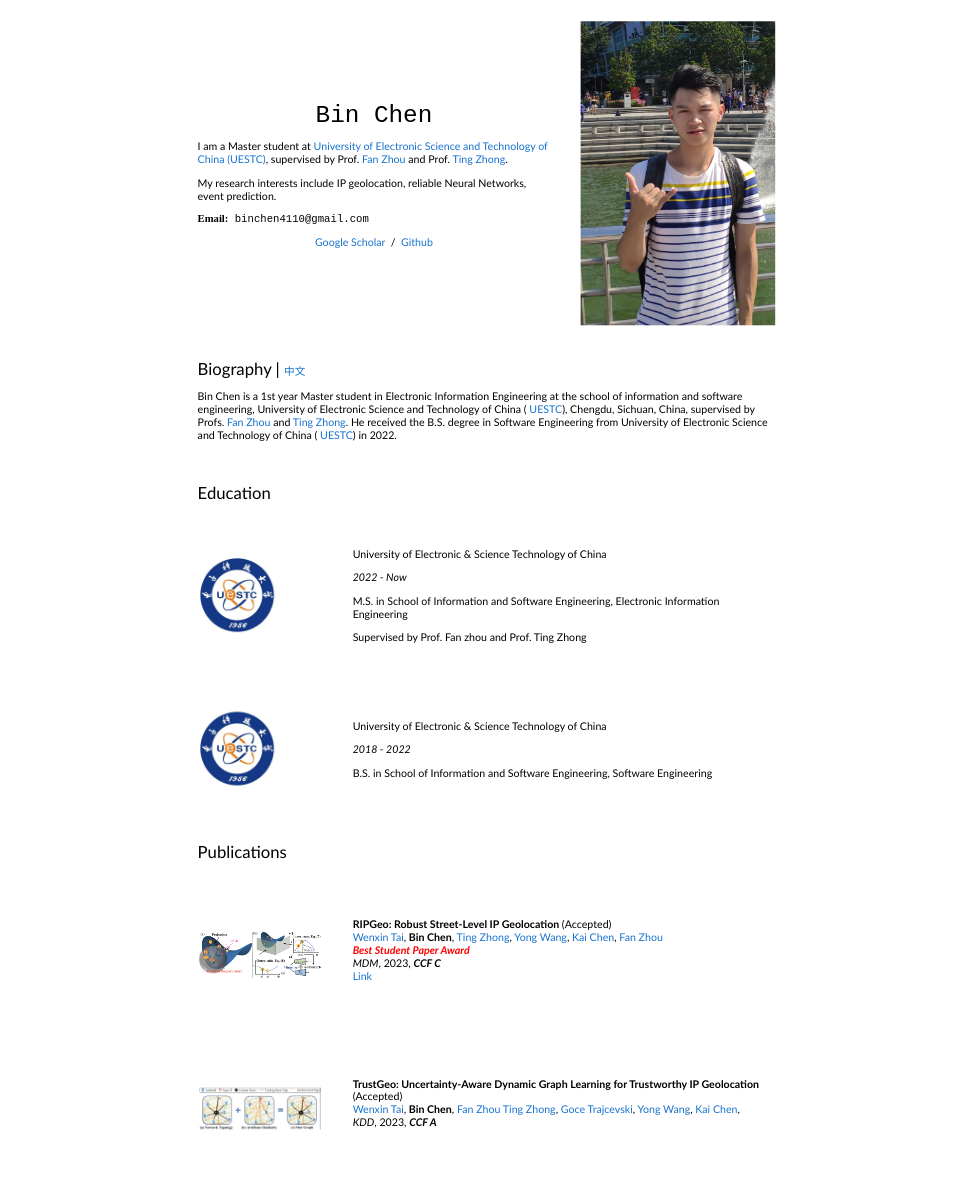
Repository: b1nchen/b1nchen.github.io
Page: index.html
An editor plug-in stored every save of this project. The page is shown before and after the next save, followed by the edit.
The browser window is 1280 px wide. The pictures show the part of the page from y = 0 to 1571 px (the page is 1939 px tall), at 76% of full size.
A picture or video elsewhere on the page could not be fetched, so the positions and the page height are approximate.

Above is the page before, as saved 2023-07-06 11:15:59.

### index.html
<!DOCTYPE HTML>
<html lang="en">

<head>
  <meta http-equiv="Content-Type" content="text/html; charset=UTF-8">

  <title>Bin Chen</title>

  <meta name="author" content="Bin Chen">
  <meta name="viewport" content="width=device-width, initial-scale=1">

  <link rel="stylesheet" type="text/css" href="stylesheet.css">
  <link rel="icon" href="images/uestc_icon.jpeg">
</head>

<body>

  <table
    style="width:100%;max-width:800px;border:0px;border-spacing:0px;border-collapse:separate;margin-right:auto;margin-left:auto;">
    <tbody>
      <tr style="padding:0px">
        <td style="padding:0px">
          <table
            style="width:100%;border:0px;border-spacing:0px;border-collapse:separate;margin-right:auto;margin-left:auto;">
            <tbody>
              <tr style="padding:0px">
                <td style="padding:2.5%;width:63%;vertical-align:middle">
                  <p style="text-align:center">
                    <name>Bin Chen</name>
                  </p>
                  <p>I am a Master student at <a href="https://en.uestc.edu.cn/">University of Electronic Science and
                      Technology of China (UESTC)</a>, supervised by Prof. <a
                      href="https://scholar.google.com/citations?user=Ihj2Rw8AAAAJ">Fan Zhou</a> and Prof. <a
                      href="https://scholar.google.com/citations?user=Mdr0XDkAAAAJ">Ting Zhong</a>.
                      <!-- <a href="xovee.cn">Xovee</a> also helps me a lot, as sa  -->
                  </p>
                  <p>
                    My research interests include IP geolocation, reliable Neural Networks, event prediction.
                  </p>
                  <p style="font-family: 'Courier New', Courier, monospace;">
                    <!-- <b style="font-family: 'Times New Roman', Times, serif;">Email:</b> <em>firstname</em>.<em>lastname</em>@ieee.org
                    <br>
                    &nbsp &nbsp &nbsp
                    <em>firstname</em>.<em>lastname</em>417@outlook.com <br> -->
                    <b style="font-family: 'Times New Roman', Times, serif;">
                      Email:</b> binchen4110@gmail.com
                     <br>

                  </p>
                  <p style="text-align:center">

                    <a >Google Scholar</a>
                    &nbsp/&nbsp
                    <a href="https://github.com/binchen4110/">Github</a>
                  </p>

                </td>
                <td style="padding:2.5%;width:40%;max-width:40%">
                  <a href="images/profile.jpg"><img style="width:100%;max-width:100%" alt="profile photo"
                      src="images/profile.jpg" class="hoverZoomLink"></a>
                </td>
              </tr>
            </tbody>
          </table>

          <table
            style="width:100%;border:0px;border-spacing:0px;border-collapse:separate;margin-right:auto;margin-left:auto;">
            <tbody>
              <tr>
                <td style="padding:20px;width:100%;vertical-align:middle">
                  <heading>Biography |
                    <a href="index_CHN.html">中文</a>
                  </heading>
                  <p>
                    Bin Chen is a 1st year Master student in Electronic Information Engineering at the school of information and
                    software engineering, University of Electronic Science and Technology of China (<a
                      href="https://en.uestc.edu.cn/"> UESTC</a>), Chengdu, Sichuan, China, supervised by Profs. <a
                      href="https://scholar.google.com/citations?user=Ihj2Rw8AAAAJ">Fan Zhou</a> and <a
                      href="https://scholar.google.com/citations?user=Mdr0XDkAAAAJ">Ting Zhong</a>. He received the B.S.
                    degree in Software Engineering from University of Electronic Science and Technology of China (<a
                      href="https://www.uestc.edu.cn/"> UESTC</a>) in 2022.
                  </p>
                  <!-- <p>
                    He is a (student) member of the IEEE.
                  </p> -->
                </td>
              </tr>
            </tbody>
          </table>

          <table
            style="width:100%;border:0px;border-spacing:0px;border-collapse:separate;margin-right:auto;margin-left:auto;">
            <tbody>
              <tr>
                <td style="padding:20px;width:100%;vertical-align:middle">
                  <heading>Education</heading>
                </td>
              </tr>
            </tbody>
          </table>
          <table width="100%" align="center" border="0" cellpadding="20">
            <tbody>

              <tr>
                <td style="padding:20px;width:25%;vertical-align:middle">
                  <div class="flexbox">
                    <img src='images/uestc_icon.jpeg' width="100px">
                  </div>
                </td>
                <td style="padding:20px;width:75%;vertical-align:middle">
                  <p>University of Electronic & Science Technology of China</p>
                  <em>2022 - Now</em>
                  <p>M.S. in School of Information and Software Engineering, Electronic Information Engineering</p>
                  <p>Supervised by Prof. Fan zhou and Prof. Ting Zhong</p>

                </td>
              </tr>


              <tr>
                <td style="padding:20px;width:25%;vertical-align:middle">
                  <div class="flexbox">
                    <img src='images/uestc_icon.jpeg' width="100px">
                  </div>
                </td>
                <td style="padding:20px;width:75%;vertical-align:middle">
                  <p>University of Electronic & Science Technology of China</p>
                  <em> 2018 -  2022 </em>
                  <p> B.S. in School of Information and Software Engineering, Software Engineering</p>
                </td>
              </tr>


            </tbody>
          </table>


          <table width="100%" align="center" border="0" cellspacing="0" cellpadding="20">
            <tbody>
              <tr>
                <td>
                  <heading>Publications</heading>
                </td>
              </tr>
            </tbody>
          </table>
          <table width="100%" align="center" border="0" cellpadding="20">
            <tbody>

            <!-- MDM 2023 -->
              <tr onmouseout="ripgeo_data()" onmouseover="ripgeo_para()">
                <td style="padding:20px;width:25%;vertical-align:middle">
                  <div class="one">
                    <div class="two" id='data'>
                      <img src='images/ripgeo_perturb_data.png' width="160">


                    </div>
                    <img src="images/ripgeo_perturb_para.png" width="160">
                  </div>
                  <script type="text/javascript">
                    function ripgeo_data() {
                      document.getElementById('data').style.opacity = "0";
                    }

                    function ripgeo_para() {
                      document.getElementById('data').style.opacity = "1";
                    }
                    ripgeo_data()
                  </script>
                </td>
                <td style="padding:20px;width:75%;vertical-align:middle">

                  <papertitle>RIPGeo: Robust Street-Level IP Geolocation </papertitle>(Accepted)

                  <br>
                  <a href="https://scholar.google.com/citations?user=YyxocAIAAAAJ">Wenxin Tai</a>,
                  <strong>Bin Chen</strong>,
                  <a href="https://scholar.google.com/citations?user=Mdr0XDkAAAAJ">Ting Zhong</a>,
                  <a>Yong Wang</a>,
                  <a href="https://scholar.google.com/citations?user=tnRV5QYAAAAJ">Kai Chen</a>,
                  <a href="https://scholar.google.com/citations?user=Ihj2Rw8AAAAJ">Fan Zhou</a>

                  <br>
                  <em><b style="color:red">Best Student Paper Award</b></em>
                  <br>
                  <em>MDM</em>, 2023, <em><strong>CCF C</strong></em>
                  <br>
                  <a href="https://drive.google.com/file/d/1PgxtmzdQAYr9Ti3rvHGgnyf05PbP-WwI/view?usp=drive_link">Link</a>
                  <!-- <a href="https://ieeexplore.ieee.org/document/9747900">链接</a>,
                  <a href="https://youtu.be/uT1pEfHbo14">视频</a>,
                  <a href="papers/ICASSP_5513_poster.pdf">海报</a>,
                  <a href="papers/ICASSP_slides.pptx">幻灯片</a>,
                  <a href="papers/ICASSP_2022_FUFI.pdf">下载</a>
                  <p></p>
                  <p>We incorporate evidential learning into IP geolocation to improve the stability of the system.. -->
                  </p>
                </td>
              </tr>


              <!-- KDD 2023 -->
              <tr onmouseout="FUFI_intro()" onmouseover="FUFI_end()">
                <td style="padding:20px;width:25%;vertical-align:middle">
                  <div class="one">
                    <div class="two" id='method'>
                      <img src='images/trustgeo_method.png' width="160">


                    </div>
                    <img src="images/trustgeo_model.png" width="160">
                  </div>
                  <script type="text/javascript">
                    function FUFI_intro() {
                      document.getElementById('method').style.opacity = "0";
                    }

                    function FUFI_end() {
                      document.getElementById('method').style.opacity = "1";
                    }
                    FUFI_intro()
                  </script>
                </td>
                <td style="padding:20px;width:75%;vertical-align:middle">

                  <papertitle>TrustGeo: Uncertainty-Aware Dynamic Graph Learning for Trustworthy IP Geolocation </papertitle>(Accepted)

                  <br>
                  <a href="https://scholar.google.com/citations?user=YyxocAIAAAAJ">Wenxin Tai</a>,
                  <strong>Bin Chen</strong>,
                  <a href="https://scholar.google.com/citations?user=Ihj2Rw8AAAAJ">Fan Zhou</a>
                  <a href="https://scholar.google.com/citations?user=Mdr0XDkAAAAJ">Ting Zhong</a>,
                  <a href="https://scholar.google.com/citations?user=Avus2kcAAAAJ">Goce Trajcevski</a>,
                  <a>Yong Wang</a>,
                  <a href="https://scholar.google.com/citations?user=tnRV5QYAAAAJ">Kai Chen</a>,

                  <br>
                  <em>KDD</em>, 2023, <em><strong>CCF A</strong></em>
                  <br>
                  <!-- <a href="https://ieeexplore.ieee.org/document/9747900">链接</a>,
                  <a href="https://youtu.be/uT1pEfHbo14">视频</a>,
                  <a href="papers/ICASSP_5513_poster.pdf">海报</a>,
                  <a href="papers/ICASSP_slides.pptx">幻灯片</a>,
                  <a href="papers/ICASSP_2022_FUFI.pdf">下载</a>
                  <p></p>
                  <p>We incorporate evidential learning into IP geolocation to improve the stability of the system.. -->
                  </p>
                </td>
              </tr>


            </tbody>
          </table>
        </td>
      </tr>

    </table>

  <center>


  <p>
    <font size="2">
      <font size="2">
        <font size="2">&nbsp;<br>
          &nbsp; <a href="https://www.easycounter.com/">
            <img src="https://www.easycounter.com/counter.php?hyson"
            border="0" alt="Web Site Hit Counter"></a> <i>
            <font face="Arial" size="2">unique visitors since Feburary 2023</font>
          </i></font>
      </font>
    </font>
  </p>



  <p style="color: #AAAAAA;">© 2023 Bin Chen | Powered by <a href="https://pattonyu.github.io/">Haoyang Yu</a> and <a href="https://jonbarron.info/">Jon Barron </a> | updating time
    2023-02-28
        <!-- Friendly Link: <a href="https://xovee.cn">Xovee Xu</a> -->
    </p>
  </center>
</body>

</html>

### stylesheet.css
/* latin-ext */
@font-face {
  font-family: 'Lato';
  font-style: italic;
  font-weight: 400;
  src: local('Lato Italic'), local('Lato-Italic'), url(https://fonts.gstatic.com/s/lato/v15/S6u8w4BMUTPHjxsAUi-qNiXg7eU0.woff2) format('woff2');
  unicode-range: U+0100-024F, U+0259, U+1E00-1EFF, U+2020, U+20A0-20AB, U+20AD-20CF, U+2113, U+2C60-2C7F, U+A720-A7FF;
}
/* latin */
@font-face {
  font-family: 'Lato';
  font-style: italic;
  font-weight: 400;
  src: local('Lato Italic'), local('Lato-Italic'), url(https://fonts.gstatic.com/s/lato/v15/S6u8w4BMUTPHjxsAXC-qNiXg7Q.woff2) format('woff2');
  unicode-range: U+0000-00FF, U+0131, U+0152-0153, U+02BB-02BC, U+02C6, U+02DA, U+02DC, U+2000-206F, U+2074, U+20AC, U+2122, U+2191, U+2193, U+2212, U+2215, U+FEFF, U+FFFD;
}
/* latin-ext */
@font-face {
  font-family: 'Lato';
  font-style: italic;
  font-weight: 700;
  src: local('Lato Bold Italic'), local('Lato-BoldItalic'), url(https://fonts.gstatic.com/s/lato/v15/S6u_w4BMUTPHjxsI5wq_FQftx9897sxZ.woff2) format('woff2');
  unicode-range: U+0100-024F, U+0259, U+1E00-1EFF, U+2020, U+20A0-20AB, U+20AD-20CF, U+2113, U+2C60-2C7F, U+A720-A7FF;
}
/* latin */
@font-face {
  font-family: 'Lato';
  font-style: italic;
  font-weight: 700;
  src: local('Lato Bold Italic'), local('Lato-BoldItalic'), url(https://fonts.gstatic.com/s/lato/v15/S6u_w4BMUTPHjxsI5wq_Gwftx9897g.woff2) format('woff2');
  unicode-range: U+0000-00FF, U+0131, U+0152-0153, U+02BB-02BC, U+02C6, U+02DA, U+02DC, U+2000-206F, U+2074, U+20AC, U+2122, U+2191, U+2193, U+2212, U+2215, U+FEFF, U+FFFD;
}
/* latin-ext */
@font-face {
  font-family: 'Lato';
  font-style: normal;
  font-weight: 400;
  src: local('Lato Regular'), local('Lato-Regular'), url(https://fonts.gstatic.com/s/lato/v15/S6uyw4BMUTPHjxAwXiWtFCfQ7A.woff2) format('woff2');
  unicode-range: U+0100-024F, U+0259, U+1E00-1EFF, U+2020, U+20A0-20AB, U+20AD-20CF, U+2113, U+2C60-2C7F, U+A720-A7FF;
}
/* latin */
@font-face {
  font-family: 'Lato';
  font-style: normal;
  font-weight: 400;
  src: local('Lato Regular'), local('Lato-Regular'), url(https://fonts.gstatic.com/s/lato/v15/S6uyw4BMUTPHjx4wXiWtFCc.woff2) format('woff2');
  unicode-range: U+0000-00FF, U+0131, U+0152-0153, U+02BB-02BC, U+02C6, U+02DA, U+02DC, U+2000-206F, U+2074, U+20AC, U+2122, U+2191, U+2193, U+2212, U+2215, U+FEFF, U+FFFD;
}
/* latin-ext */
@font-face {
  font-family: 'Lato';
  font-style: normal;
  font-weight: 700;
  src: local('Lato Bold'), local('Lato-Bold'), url(https://fonts.gstatic.com/s/lato/v15/S6u9w4BMUTPHh6UVSwaPGQ3q5d0N7w.woff2) format('woff2');
  unicode-range: U+0100-024F, U+0259, U+1E00-1EFF, U+2020, U+20A0-20AB, U+20AD-20CF, U+2113, U+2C60-2C7F, U+A720-A7FF;
}
/* latin */
@font-face {
  font-family: 'Lato';
  font-style: normal;
  font-weight: 700;
  src: local('Lato Bold'), local('Lato-Bold'), url(https://fonts.gstatic.com/s/lato/v15/S6u9w4BMUTPHh6UVSwiPGQ3q5d0.woff2) format('woff2');
  unicode-range: U+0000-00FF, U+0131, U+0152-0153, U+02BB-02BC, U+02C6, U+02DA, U+02DC, U+2000-206F, U+2074, U+20AC, U+2122, U+2191, U+2193, U+2212, U+2215, U+FEFF, U+FFFD;
}

a {
  color: #1772d0;
  text-decoration: none;
}

a:focus,
a:hover {
  color: #f09228;
  text-decoration: none;
}

body,
td,
th,
tr,
p,
a {
  font-family: 'Lato', Verdana, Helvetica, sans-serif;
  font-size: 14px
}

strong {
  font-family: 'Lato', Verdana, Helvetica, sans-serif;
  font-size: 14px;
}

heading {
  font-family: 'Lato', Verdana, Helvetica, sans-serif;
  font-size: 22px;
}

papertitle {
  font-family: 'Lato', Verdana, Helvetica, sans-serif;
  font-size: 14px;
  font-weight: 700
}

name {
  font-family: 'Courier New', Courier, monospace;
  font-size: 32px;
}


.flexbox{
  width: 160px;
  height: 160px;
  display: flex;
  align-items: center;
  justify-items: center;
  /* text-align: center; */
}

.flexbox img{
  justify-items: center;
  align-items: center;
  /* text-align: center; */
}


.one {
  width: 160px;
  height: 160px;
  display: flex;
  position: relative;
  align-items: center;
}

.one img{
  width: 160px;
  align-items: center;
}

.two {
  width: 160px;
  height: 160px;
  display: flex;
  position: absolute;
  transition: opacity .2s ease-in-out;
  -moz-transition: opacity .2s ease-in-out;
  -webkit-transition: opacity .2s ease-in-out;
  align-items: center;
}

.two img{
  width: 160px;
  align-items: center;
}

.fade {
  transition: opacity .2s ease-in-out;
  -moz-transition: opacity .2s ease-in-out;
  -webkit-transition: opacity .2s ease-in-out;
}

span.highlight {
  background-color: #ffffd0;
}

After the next save:
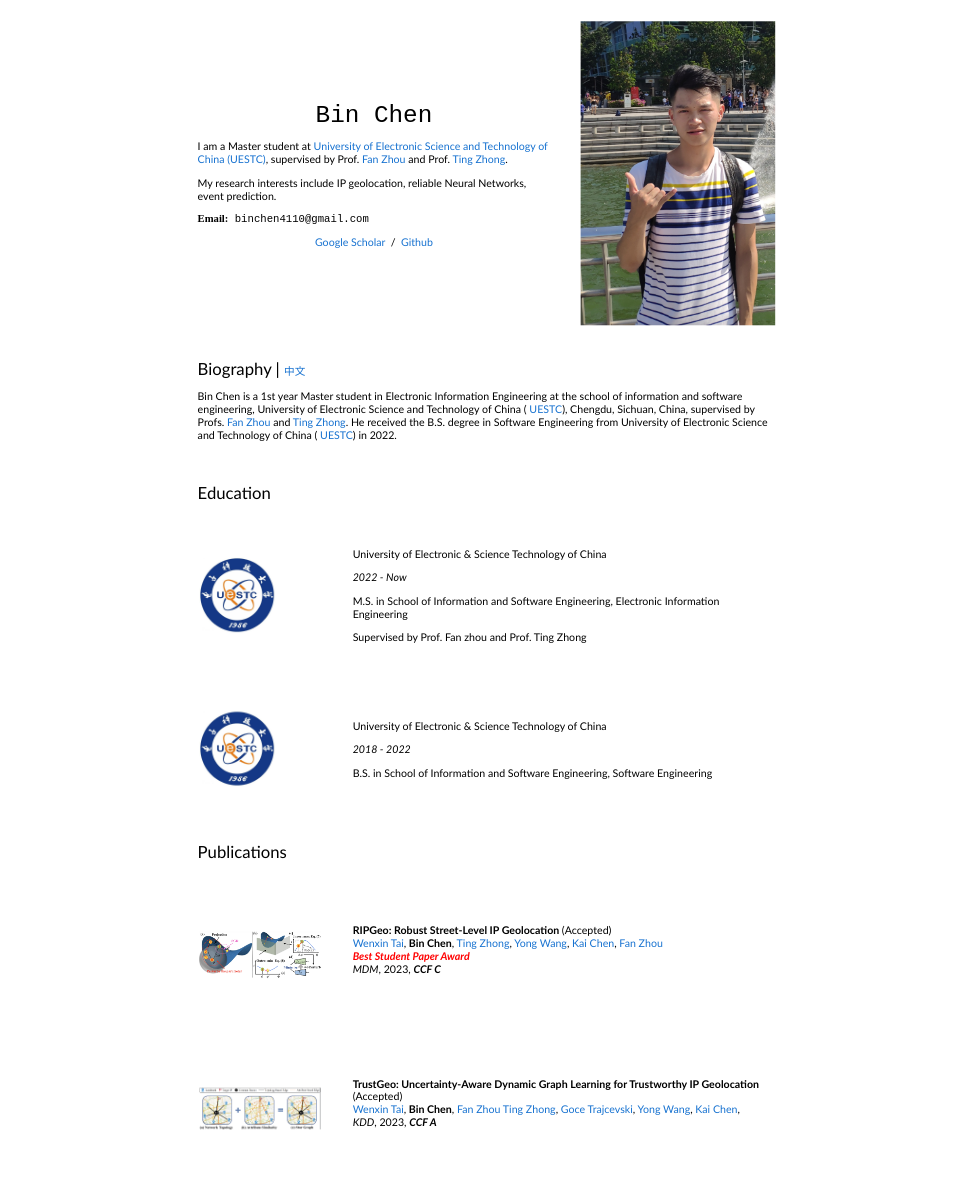
Saved 5 s later.
--- a/index.html
+++ b/index.html
@@ -186,7 +186,7 @@
                   <br>
                   <em>MDM</em>, 2023, <em><strong>CCF C</strong></em>
                   <br>
-                  <a href="https://drive.google.com/file/d/1PgxtmzdQAYr9Ti3rvHGgnyf05PbP-WwI/view?usp=drive_link">Link</a>
+
                   <!-- <a href="https://ieeexplore.ieee.org/document/9747900">链接</a>,
                   <a href="https://youtu.be/uT1pEfHbo14">视频</a>,
                   <a href="papers/ICASSP_5513_poster.pdf">海报</a>,
